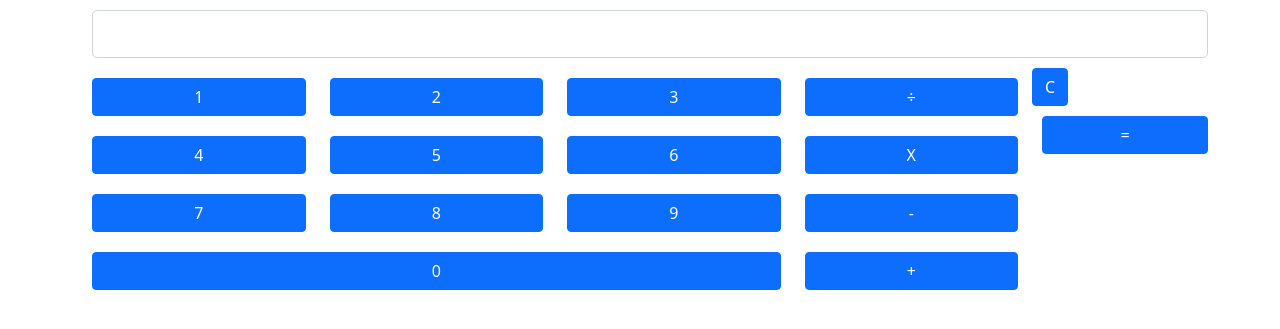
Repository: jsakdalan/CalculatorReactTypescript
Page: /
The author's editor kept a copy of each file at every save. The page is drawn from the files as they stood at one save, then again after the next save.
The browser window is 1280 px wide. The pictures show the whole page.
The project was rebuilt for these pictures with package versions that can differ from the ones it lists, and the page was loaded fresh each time. Also part of the build but not shown: src/App.css.

Above is the page before, as saved 2022-06-07 16:34:28.

### src/App.tsx
import  Calculator from './pages/Calculator';
import './App.css';
import 'bootstrap/dist/css/bootstrap.min.css'

export default function App() {

  return(
    <Calculator/>
  )
}

### src/pages/Calculator.tsx
import React from 'react';
import Col from 'react-bootstrap/Col';
import Container from 'react-bootstrap/Container';
import Row from 'react-bootstrap/Row';
import Button from 'react-bootstrap/Button';
import InputGroup from 'react-bootstrap/InputGroup';
import FormControl from 'react-bootstrap/FormControl';
import './Calculator.css'

export default function TextEditor(){

    interface Screen{
        styling: string;
    }

    interface Buttons {
        styling: string;
        btnNumber: string;
    }

    const Screen = (props:Screen) => {
        return(
            <InputGroup size="lg" className={props.styling}>
                    <FormControl
      aria-label="Default"
      aria-describedby="inputGroup-sizing-default"
    />
            </InputGroup>
        )
    }

    const Buttons = (props:Buttons) => {
        return(
            <Button className={props.styling}>
                {props.btnNumber}
            </Button>
        )
    }

    return(
        <>
            <Container className="container">
                <Row>
                    <Col><Screen styling="screen"/></Col>
                </Row>
                <Row>
                    <Col md={10}>
                        <Row>
                            <Col md={12}>
                                <Row>
                                    <Col md={3}><Buttons styling="numerical" btnNumber="1"/></Col>
                                    <Col md={3}><Buttons styling="numerical" btnNumber="2"/></Col>
                                    <Col md={3}><Buttons styling="numerical" btnNumber="3"/></Col>
                                    <Col md={3}><Buttons styling="operational" btnNumber="&#247;"/></Col>
                                </Row>
                            </Col>
                            <Col md={12}>
                                <Row>
                                    <Col md={3}><Buttons styling="numerical" btnNumber="4"/></Col>
                                    <Col md={3}><Buttons styling="numerical" btnNumber="5"/></Col>
                                    <Col md={3}><Buttons styling="numerical" btnNumber="6"/></Col>
                                    <Col md={3}><Buttons styling="operational" btnNumber="X"/></Col>
                                </Row>
                            </Col>
                            <Col md={12}>
                                <Row>
                                    <Col md={3}><Buttons styling="numerical" btnNumber="7"/></Col>
                                    <Col md={3}><Buttons styling="numerical" btnNumber="8"/></Col>
                                    <Col md={3}><Buttons styling="numerical" btnNumber="9"/></Col>
                                    <Col md={3}><Buttons styling="operational" btnNumber="-"/></Col>
                                </Row>
                            </Col>
                            <Col md={12}>
                                <Row>
                                    <Col md={9}><Buttons styling="numerical" btnNumber="0"/></Col>
                                    <Col md={3}><Buttons styling="numerical" btnNumber="+"/></Col>
                                </Row>
                            </Col>
                        </Row>
                    </Col>
                    <Col md={2}>
                        <Row>
                            <Col>
                                <Row>
                                    <Col md={12}><Buttons styling="erase" btnNumber="C"/></Col>
                                    <Col md={12}><Buttons styling="equals" btnNumber="="/></Col>
                                </Row>
                            </Col>
                        </Row>
                    </Col>
                </Row>
            </Container>
        </>
    )
}

### src/pages/Calculator.css
.container{
    width: 700px;
    display: flex;
    flex-direction: column;
}

.screen{
    width: 100%;
    margin: 10px;
}

.numerical{
    width: 100%;
    margin: 10px;
}

.operational{
    width: 100%;
    margin: 10px;
}

.equals{
    height: auto;
    margin: 10px;
    width: 100%;
}

Loaded but not shown: public/index.html (common file); src/index.tsx (common file); src/index.css (common file); src/reportWebVitals.ts (common file)

After the next save:
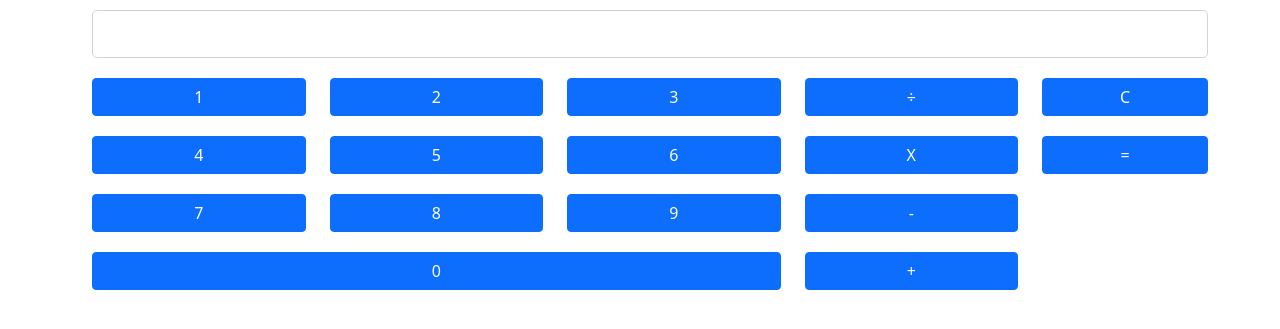
Saved 12 s later.
--- a/src/pages/Calculator.css
+++ b/src/pages/Calculator.css
@@ -24,3 +24,9 @@
     margin: 10px;
     width: 100%;
 }
+
+.erase{
+    height: auto;
+    margin: 10px;
+    width: 100%;
+}
